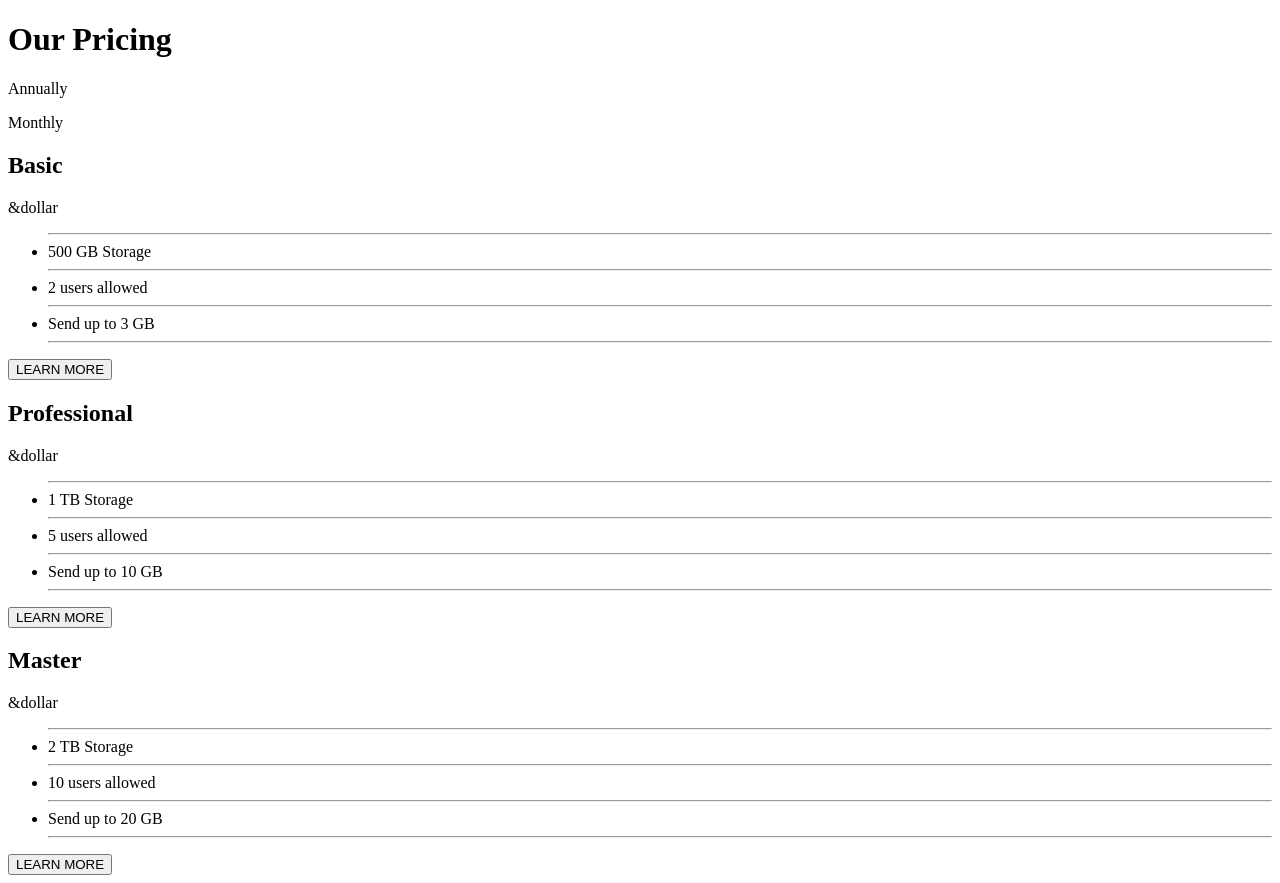
Repository: lah23500/Pricing-App
Page: Price landing page/index.html
These files come from the project's save history. The page is drawn as it stood at one moment and after the next save; the edit follows.
The browser window is 1280 px wide. The pictures show the whole page.

Above is the page before, as saved 2024-01-19 14:06:06.

### Price landing page/index.html
<!DOCTYPE html>
<html lang="en">
  <head>
    <meta charset="UTF-8" />
    <meta name="viewport" content="width=device-width, initial-scale=1.0" />
    <title>Pricing Component with Toggle</title>
  </head>

  <body>
    <header>

      <h1>Our Pricing</h1>
      <nav>
        <p>Annually</p>

        <p>Monthly</p>
      </nav>
    </header>
    <main>
          <article class="pricing container"</article>
      <h2>Basic</h2>

      <p>&dollar</p>
      <ul>
        <hr />
        <li>500 GB Storage</li>
        <hr />
        <li>2 users allowed</li>
        <hr />
        <li>Send up to 3 GB</li>
        <hr />
      </ul>

      <button>LEARN MORE</button>

      <h2>Professional</h2>

      <p>&dollar</p>
      <ul>
        <hr />
        <li>1 TB Storage</li>
        <hr />
        <li>5 users allowed</li>
        <hr />
        <li>Send up to 10 GB</li>
        <hr />
      </ul>
      <button>LEARN MORE</button>

      <h2>Master</h2>

      <p>&dollar</p>
      <ul>
        <hr />
        <li>2 TB Storage</li>
        <hr />
        <li>10 users allowed</li>
        <hr />
        <li>Send up to 20 GB</li>
        <hr />
      </ul>
      <button>LEARN MORE</button>
    </main>
  </body>
</html>

After the next save:
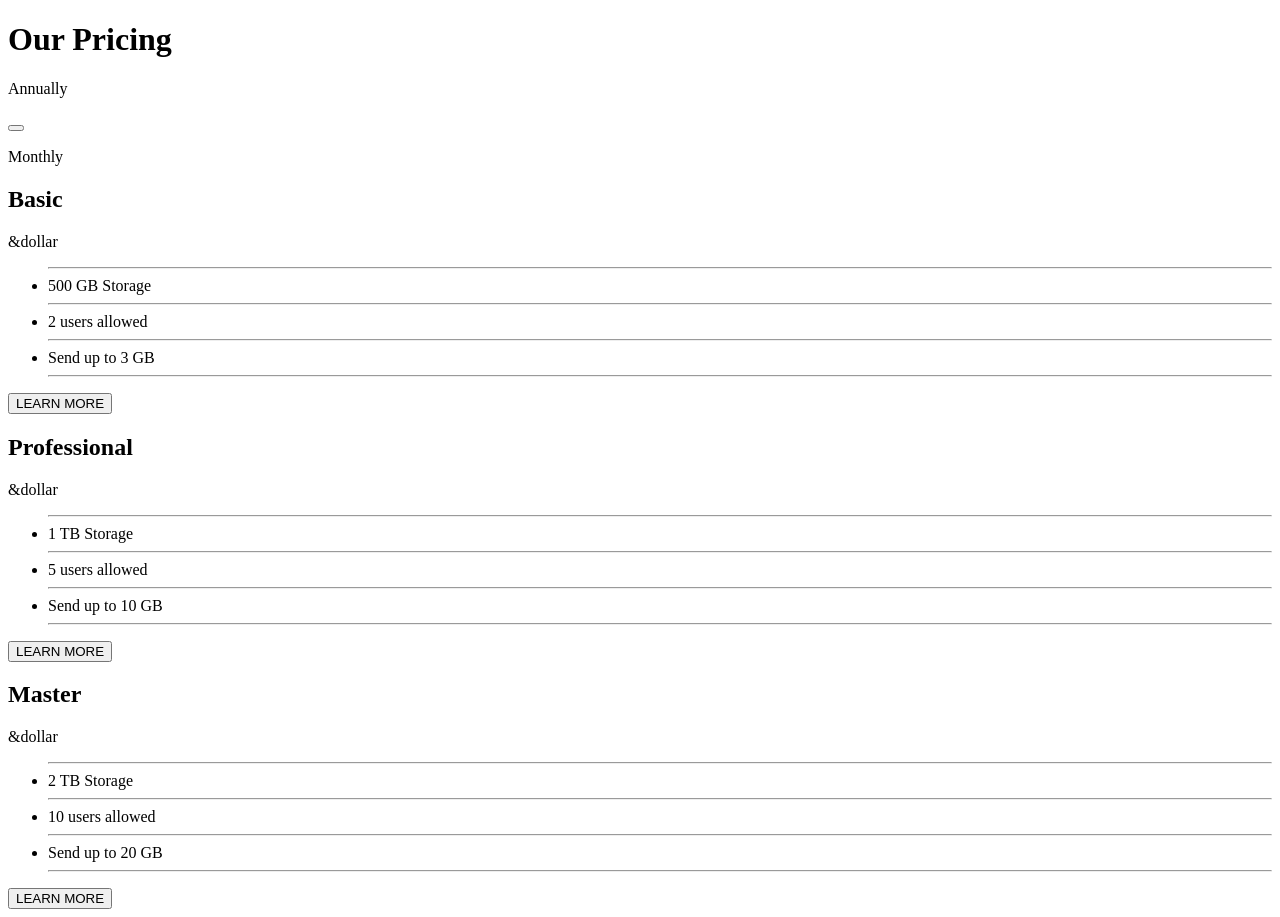
Saved 3 min 27 s later.
--- a/Price landing page/index.html
+++ b/Price landing page/index.html
@@ -12,7 +12,9 @@
       <h1>Our Pricing</h1>
       <nav>
         <p>Annually</p>
-
+<button class="toggle-area monthly">
+    <div class="toggle-btn"</div>
+</button>
         <p>Monthly</p>
       </nav>
     </header>
